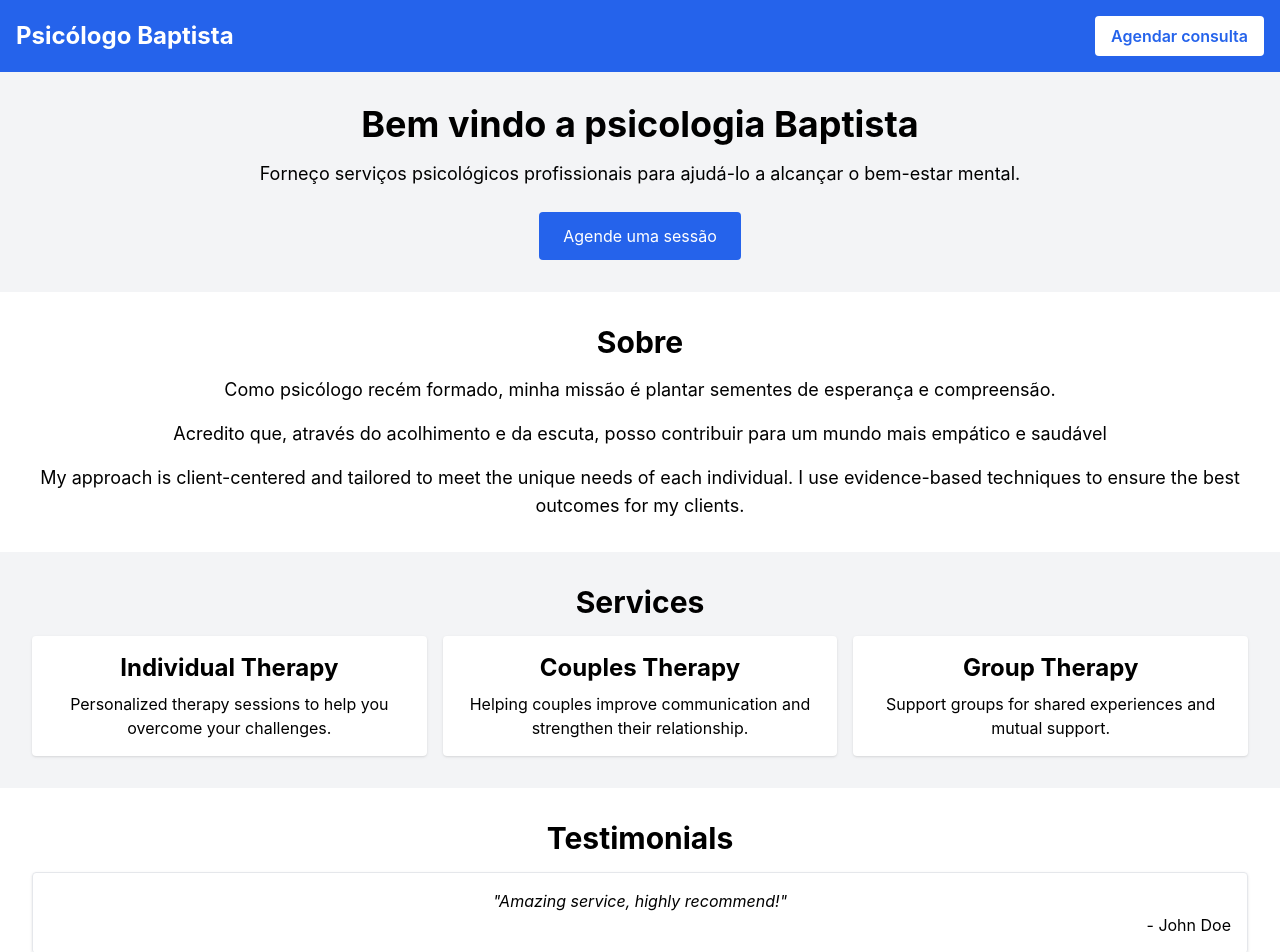
Repository: SrNascimento40/psychologist-portfolio
Page: /
These files come from the project's save history. The page is drawn as it stood at one moment and after the next save; the edit follows.
The browser window is 1280 px wide. The pictures show the part of the page from y = 0 to 952 px (the page is 1688 px tall).
The project was rebuilt for these pictures with package versions that can differ from the ones it lists, and the page was loaded fresh each time. Also part of the build but not shown: vite.config.ts.

Above is the page before, as saved 2024-07-04 17:34:30.

### index.html
<!doctype html>
<html lang="en">
  <head>
    <meta charset="UTF-8" />
    <link rel="icon" type="image/svg+xml" href="/vite.svg" />
    <meta name="viewport" content="width=device-width, initial-scale=1.0" />
    <title>Psicólogo e Guru Baptista</title>
  </head>
  <body>
    <div id="root"></div>
    <script type="module" src="/src/main.tsx"></script>
  </body>
</html>

### src/App.tsx
import './App.css'
import Header from './Header'
import Hero from './Hero'
import About from './About'
import Services from './Services'
import Testimonials from './Testimonials'
import Contact from './Contact'
import Footer from './Footer'

function App() {

  return (
    <div>
      <Header />
      <main>
          <Hero />
          <About />
          <Services />
          <Testimonials />
          <Contact />
      </main>
      <Footer />
    </div>
  )
}

export default App

### src/index.css
@tailwind base;
@tailwind components;
@tailwind utilities;

:root {
  font-family: Inter, system-ui, Avenir, Helvetica, Arial, sans-serif;

  /* color-scheme: light dark;
  color: rgba(255, 255, 255, 0.87);
  background-color: #242424; */

  /* font-synthesis: none;
  text-rendering: optimizeLegibility;
  -webkit-font-smoothing: antialiased;
  -moz-osx-font-smoothing: grayscale; */
}


/* @media (prefers-color-scheme: light) {
  :root {
    color: #213547;
    background-color: #ffffff;
  }
  a:hover {
    color: #747bff;
  }
  button {
    background-color: #f9f9f9;
  }
} */

### src/App.css
#root {
  margin: 0;
  padding: 0;
  text-align: center;
}

### src/Header.tsx

import './App.css'

export default function Header() {

  return (
    <header className="bg-blue-600 text-white p-4">
      <div className="container mx-auto flex justify-between items-center">
          <div className="text-2xl font-bold">Psicólogo Baptista</div>
          <button className="bg-white font-semibold text-blue-600 px-4 py-2 rounded">Agendar consulta</button>
      </div>
    </header>
  )
}

### src/Hero.tsx
import { useState } from 'react'
import './App.css'

export default function Hero() {
  const [count, setCount] = useState(0)

  return (
    <section id="home" className="bg-gray-100 p-8 text-center">
    <h1 className="text-4xl font-bold mb-4">Bem vindo a psicologia Baptista</h1>
    <p className="text-lg mb-6">Forneço serviços psicológicos profissionais para ajudá-lo a alcançar o bem-estar mental.</p>
    <button className="bg-blue-600 text-white px-6 py-3 rounded">Agende uma sessão</button>
</section>  )
}

### src/About.tsx
import { useState } from 'react'
import './App.css'

export default function About() {
  const [count, setCount] = useState(0)

  return (
    <section id="about" className="bg-white p-8">
      <h2 className="text-3xl font-bold mb-4">Sobre</h2>
      <p className="text-lg mb-4">
        Como psicólogo recém formado, minha missão é plantar sementes de esperança e compreensão.
      </p>
      <p className="text-lg mb-4">
        Acredito que, através do acolhimento e da escuta, posso contribuir para um mundo mais empático e saudável
      </p>
      <p className="text-lg">
          My approach is client-centered and tailored to meet the unique needs of each individual. I use evidence-based techniques to ensure the best outcomes for my clients.
      </p>
    </section>
  )
}

### src/Services.tsx
import './App.css'

export default function Services() {
  const services = [
    { title: 'Individual Therapy', description: 'Personalized therapy sessions to help you overcome your challenges.' },
    { title: 'Couples Therapy', description: 'Helping couples improve communication and strengthen their relationship.' },
    { title: 'Group Therapy', description: 'Support groups for shared experiences and mutual support.' },
  ];

  return (
    <section id="services" className="bg-gray-100 p-8">
      <h2 className="text-3xl font-bold mb-4">Services</h2>
      <div className="grid grid-cols-1 md:grid-cols-3 gap-4">
          {services.map((service, index) => (
              <div key={index} className="bg-white p-4 rounded shadow">
                  <h3 className="text-2xl font-bold mb-2">{service.title}</h3>
                  <p>{service.description}</p>
              </div>
          ))}
      </div>
    </section>
  )
}

### src/Testimonials.tsx
import './App.css'

export default function Testimonials() {
  const testimonials = [
    { name: 'John Doe', quote: 'Amazing service, highly recommend!' },
    { name: 'Jane Smith', quote: 'Professional and compassionate care.' },
  ];

  return (
    <section id="testimonials" className="bg-white p-8">
        <h2 className="text-3xl font-bold mb-4">Testimonials</h2>
        <div className="space-y-4">
            {testimonials.map((testimonial, index) => (
                <div key={index} className="border p-4 rounded shadow">
                    <p className="italic">"{testimonial.quote}"</p>
                    <p className="text-right">- {testimonial.name}</p>
                </div>
            ))}
        </div>
    </section>
  )
}

### src/Contact.tsx
import './App.css'

export default function Contact() {
  return (
    <section id="contact" className="bg-gray-100 p-8">
      <h2 className="text-3xl font-bold mb-4">Contact Me</h2>
      <form className="space-y-4">
          <div>
              <label className="block text-lg">Name</label>
              <input type="text" className="w-full p-2 border rounded" />
          </div>
          <div>
              <label className="block text-lg">Email</label>
              <input type="email" className="w-full p-2 border rounded" />
          </div>
          <div>
              <label className="block text-lg">Message</label>
              <textarea className="w-full p-2 border rounded"></textarea>
          </div>
          <button type="submit" className="bg-blue-600 text-white px-4 py-2 rounded">Submit</button>
      </form>
      <div className="mt-8">
          <p>Address: 123 rua da jaca, Pindamonhamgaba, Brasil</p>
          <p>Phone: (12) 91456-7890</p>
          <p>Email: rocha@example.com</p>
      </div>
    </section>
  )
}

### src/Footer.tsx
import './App.css'

export default function Footer() {

  return (
    <footer className="bg-blue-600 text-white p-4 text-center">
        <p>&copy; 2024 Psicólogo e Guru Matheus Baptista. All rights reserved.</p>
    </footer>
  )
}

Loaded but not shown: src/main.tsx (common file); tailwind.config.js (common file)

After the next save:
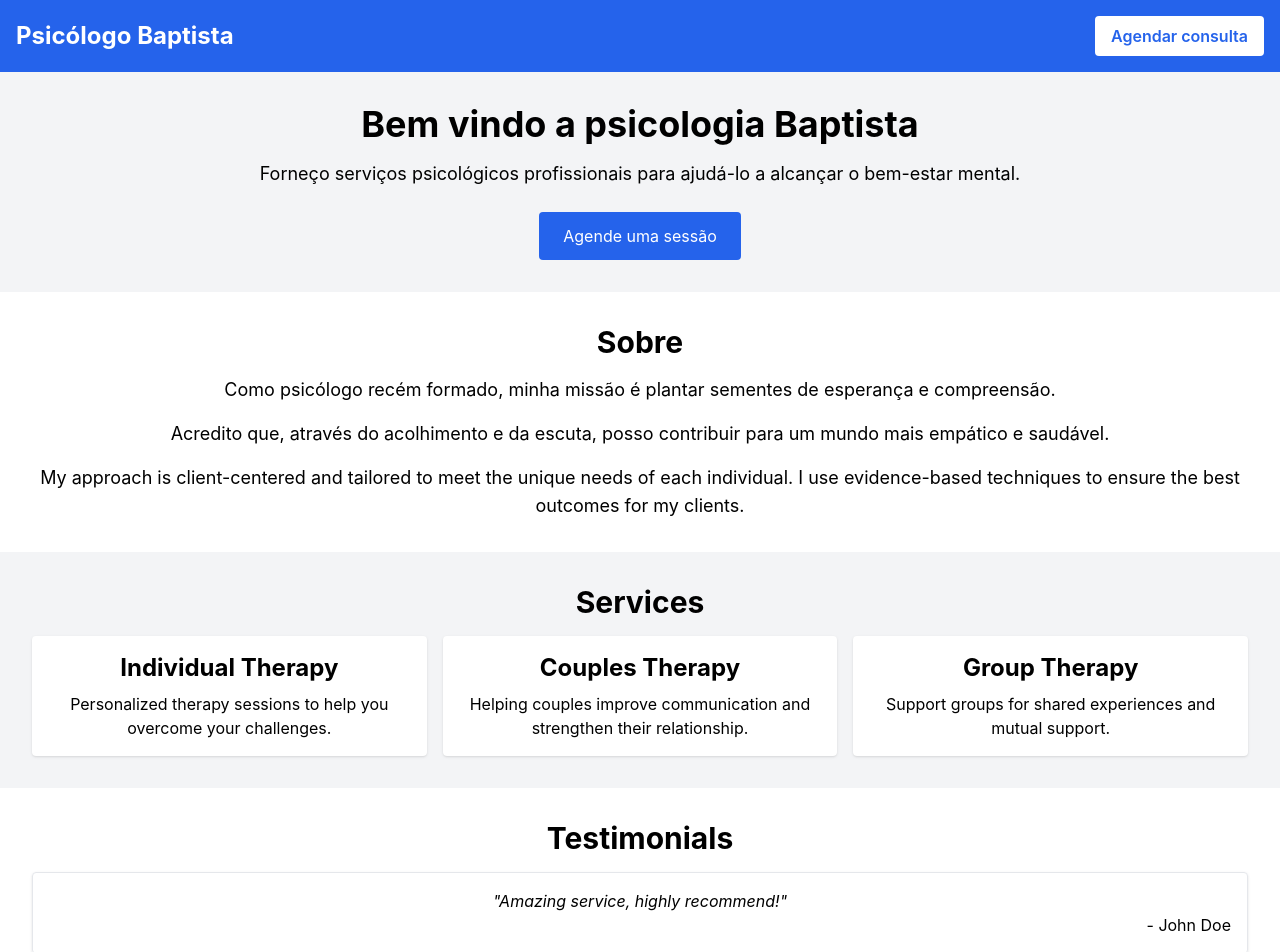
Saved 4 s later.
--- a/src/About.tsx
+++ b/src/About.tsx
@@ -11,7 +11,7 @@ export default function About() {
         Como psicólogo recém formado, minha missão é plantar sementes de esperança e compreensão.
       </p>
       <p className="text-lg mb-4">
-        Acredito que, através do acolhimento e da escuta, posso contribuir para um mundo mais empático e saudável
+        Acredito que, através do acolhimento e da escuta, posso contribuir para um mundo mais empático e saudável.
       </p>
       <p className="text-lg">
           My approach is client-centered and tailored to meet the unique needs of each individual. I use evidence-based techniques to ensure the best outcomes for my clients.
